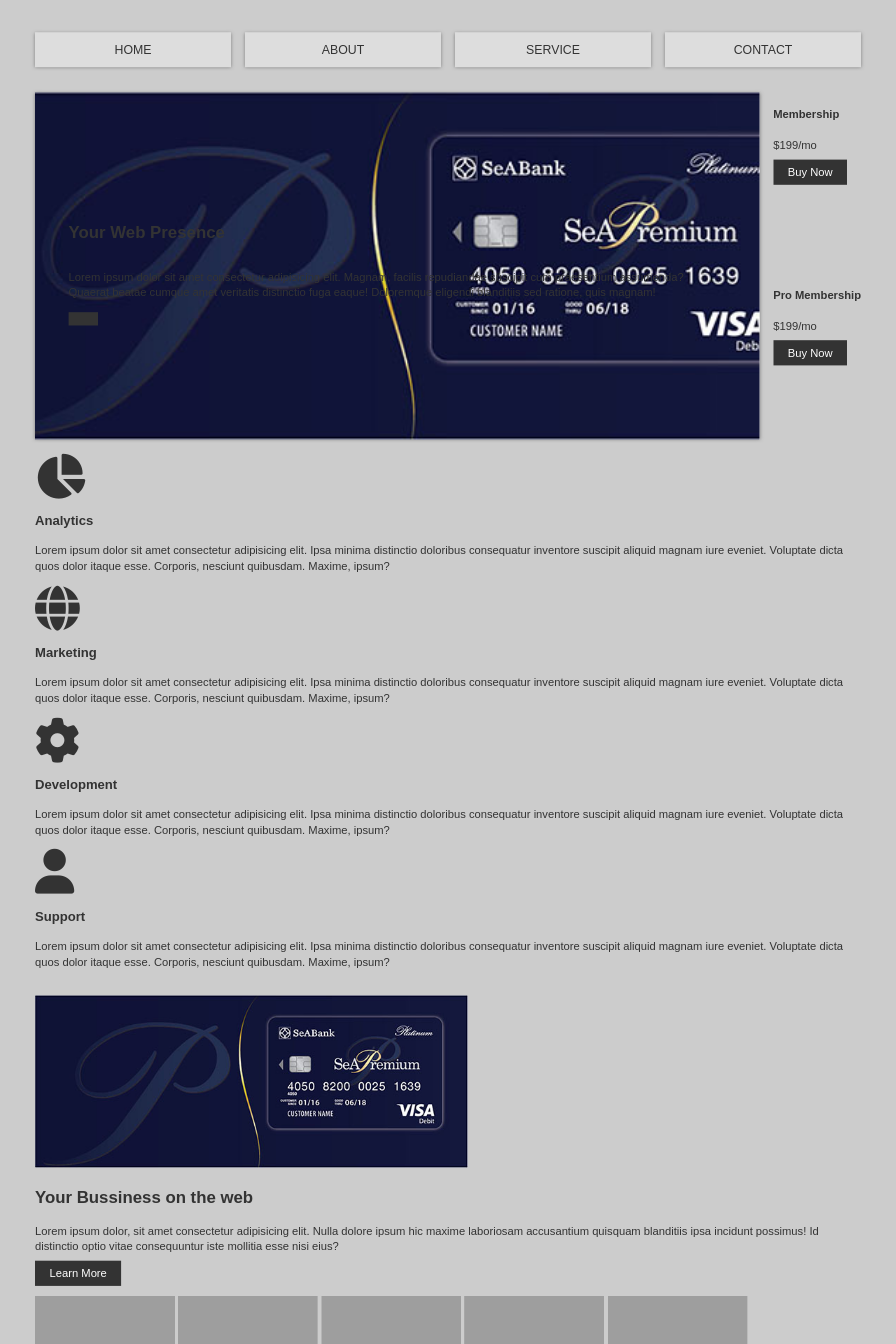
Repository: 1813404040072/grid-demo
Page: index.html
These files come from the project's save history. The page is drawn as it stood at one moment and after a run of saves; the edit follows.
The browser window is 1280 px wide. The pictures show the part of the page from y = 0 to 1920 px (the page is 2368 px tall), at 70% of full size.
Pictures or frames that could not be fetched are drawn as grey boxes. Some web libraries are served in a nearby version.

Above is the page before, as saved 2019-12-24 23:56:02.

### index.html
<!DOCTYPE html>
<html lang="en">
<head>
    <meta charset="UTF-8">
    <meta name="viewport" content="width=device-width, initial-scale=1.0">
    <meta http-equiv="X-UA-Compatible" content="ie=edge">
    <title>GridBiz</title>
    <script src="https://kit.fontawesome.com/a076d05399.js"></script>
    <link rel="stylesheet" href="style.css"/>
</head>
<body>
    <div class="wrapper">
        <!-- Navigation -->
        <nav class="main-nav">
            <ul>
                <li><a href="#">Home</a></li>
                <li><a href="#">About</a></li>
                <li><a href="#">Service</a></li>
                <li><a href="#">Contact</a></li>
            </ul>
        </nav>
        <!-- Top container -->
        <section class="top-container">
            <header class="showcase">
                <h1>Your Web Presence</h1>
                <p>Lorem ipsum dolor sit amet consectetur adipisicing elit. Magnam, facilis repudiandae suscipit cum praesentium assumenda? Quaerat beatae cumque amet veritatis distinctio fuga eaque! Doloremque eligendi blanditiis sed ratione, quis magnam!</p>
                <a href="#" class="btn"></a>
            </header>
            <div class="top-box top-box-a">
                <h4>Membership</h4>
                <p class="price">$199/mo</p>
                <a href="#"class="btn">Buy Now</a>
            </div>
            <div class="top-box top-box-a">
                <h4>Pro Membership</h4>
                <p class="price">$199/mo</p>
                <a href="#"class="btn">Buy Now</a>
            </div>
        </section>

        <!-- Boxes Section -->
        <section class="boxes">
            <div class="box">
                <i class="fas fa-chart-pie fa-4x"></i>
                <h3>Analytics</h3>
                <p>
                    Lorem ipsum dolor sit amet consectetur adipisicing elit. Ipsa minima distinctio doloribus consequatur inventore suscipit aliquid magnam iure eveniet. Voluptate dicta quos dolor itaque esse. Corporis, nesciunt quibusdam. Maxime, ipsum?
                </p>
            </div>
            <div class="box">
                <i class="fas fa-globe fa-4x"></i>
                <h3>Marketing</h3>
                <p>
                    Lorem ipsum dolor sit amet consectetur adipisicing elit. Ipsa minima distinctio doloribus consequatur inventore suscipit aliquid magnam iure eveniet. Voluptate dicta quos dolor itaque esse. Corporis, nesciunt quibusdam. Maxime, ipsum?
                </p>
            </div>
            <div class="box">
                <i class="fas fa-cog fa-4x"></i>
                <h3>Development</h3>
                <p>
                    Lorem ipsum dolor sit amet consectetur adipisicing elit. Ipsa minima distinctio doloribus consequatur inventore suscipit aliquid magnam iure eveniet. Voluptate dicta quos dolor itaque esse. Corporis, nesciunt quibusdam. Maxime, ipsum?
                </p>
            </div>
            <div class="box">
                <i class="fas fa-user fa-4x"></i>
                <h3>Support</h3>
                <p>
                    Lorem ipsum dolor sit amet consectetur adipisicing elit. Ipsa minima distinctio doloribus consequatur inventore suscipit aliquid magnam iure eveniet. Voluptate dicta quos dolor itaque esse. Corporis, nesciunt quibusdam. Maxime, ipsum?
                </p>
            </div>
        </section>
        <!-- Info Section -->
        <section class="info">
            <img src="img/pic1.jpg" alt="">
            <h2>Your Bussiness on the web</h2>
            <p>Lorem ipsum dolor, sit amet consectetur adipisicing elit. Nulla dolore ipsum hic maxime laboriosam accusantium quisquam blanditiis ipsa incidunt possimus! Id distinctio optio vitae consequuntur iste mollitia esse nisi eius?</p>
            <a href="#" class="btn">Learn More</a>
        </section>


        <!-- Portfolio -->
        <section class="portfolio">
            <img src="https://source.unsplash.com/random/200x200" alt="">
            <img src="https://source.unsplash.com/random/200x200" alt="">
            <img src="https://source.unsplash.com/random/200x200" alt="">
            <img src="https://source.unsplash.com/random/200x200" alt="">
            <img src="https://source.unsplash.com/random/200x200" alt="">
            <img src="https://source.unsplash.com/random/200x200" alt="">
            <img src="https://source.unsplash.com/random/200x200" alt="">
            <img src="https://source.unsplash.com/random/200x200" alt="">
            <img src="https://source.unsplash.com/random/200x200" alt="">
        </section>

        <!-- Footer -->
        <footer>
            <p>GridBiz &copy; 2019</p>
        </footer>

    </div>
    <!-- wrapper Ends -->

</body>
</html>

### style.css
/* CSS Variables */
:root {
    --primary: #ddd;
    --dark: #333;
    --light: #fff;
    --shadow: 0 1px 5px rgba(104, 104, 104, 0.8);
}

html{
    box-sizing: border-box;
    font-family: Arial, Helvetica, sans-serif;
    color: var(--dark);
}

body {
    background: #ccc;
    margin: 30px 50px;
    line-height: 1.4;
}

.btn {
    background-color: var(--dark);
    color: var(--light);
    padding: 0.6rem 1.3rem;
    text-decoration: none;
    border: 0;
}

img {
    max-width: 100%;
}

.wrapper {
    display: grid;
    grid-gap: 20px;
}


/* Mavigation */
.main-nav ul {
    display: grid;
    grid-gap: 20px;
    padding: 0;
    list-style: none;
    grid-template-columns: repeat(4, 1fr);
}

.main-nav a{
    background: var(--primary);
    display: block;
    text-decoration: none;
    padding: 0.8rem;
    text-align: center;
    color: var(--dark);
    text-transform: uppercase;
    font-size: 1.1rem;
    box-shadow: var(--shadow);
}

.main-nav a:hover {
    background: var(--dark);
    color: var(--light);
}

/* Top Container */
.top-container{
    display: grid;
    grid-gap: 20px;
    grid-template-areas:
        'showcase showcase top-box-a'
        'showcase showcase top-box-b';
}

/* Showcase */
.showcase {
    grid-area: showcase;
    min-height: 400px;
    background:url(img/pic1.jpg);
    background-size: cover;
    background-position: center;
    padding:  3rem;
    display: flex;
    flex-direction: column;
    align-items: start;
    justify-content: center;
    box-shadow: var(--shadow);
}

.showcase

.top-box-a {
    grid-area: top-box-a;
}

.top-box-b {
    grid-area: top-box-b;
}

After the next 4 saves:
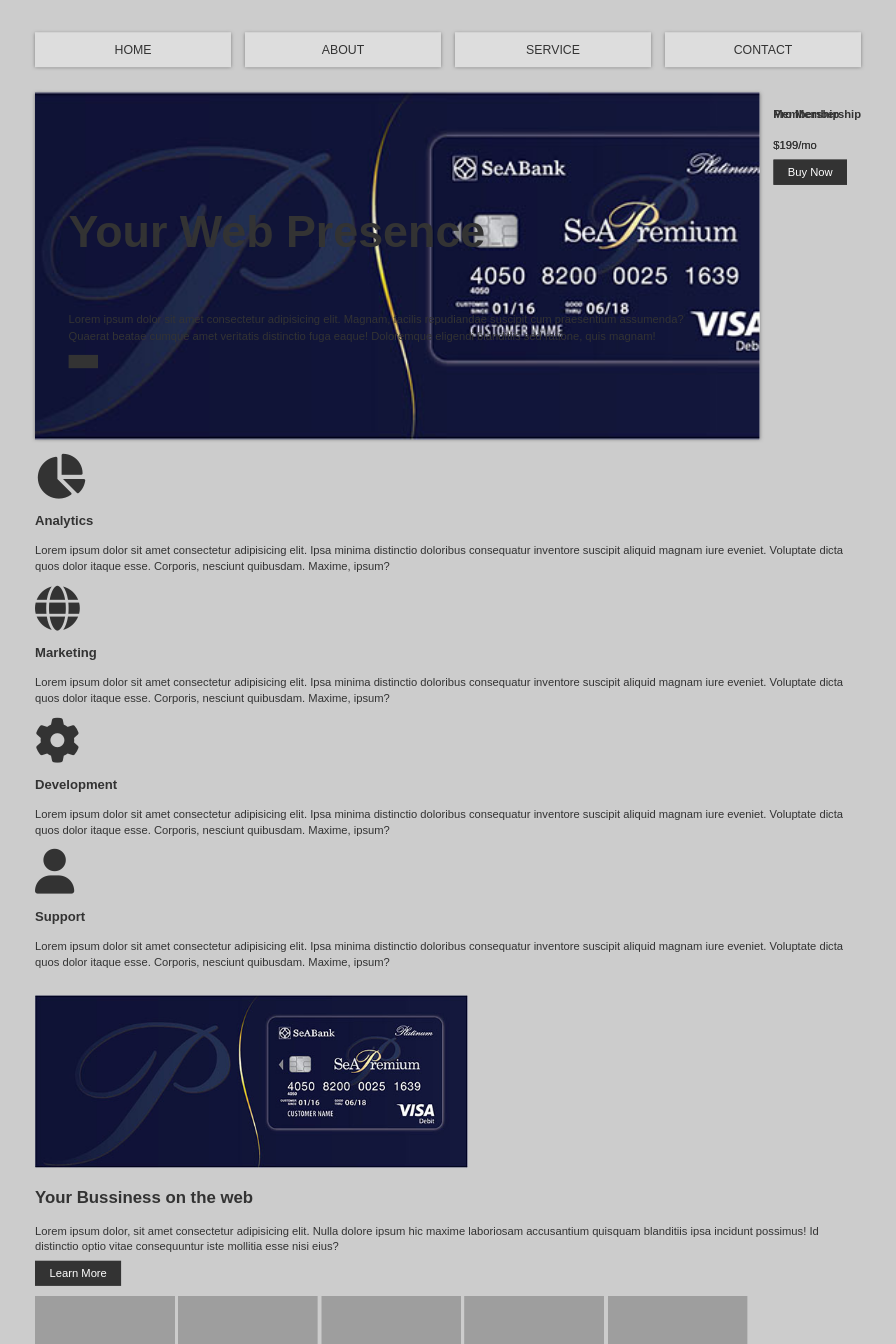
The 4 saves are shown as one change because they came seconds apart.
The last was saved 8 s later.
--- a/style.css
+++ b/style.css
@@ -86,7 +86,9 @@
     box-shadow: var(--shadow);
 }
 
-.showcase
+.showcase h1{
+    font-size: 4rem;
+}
 
 .top-box-a {
     grid-area: top-box-a;
